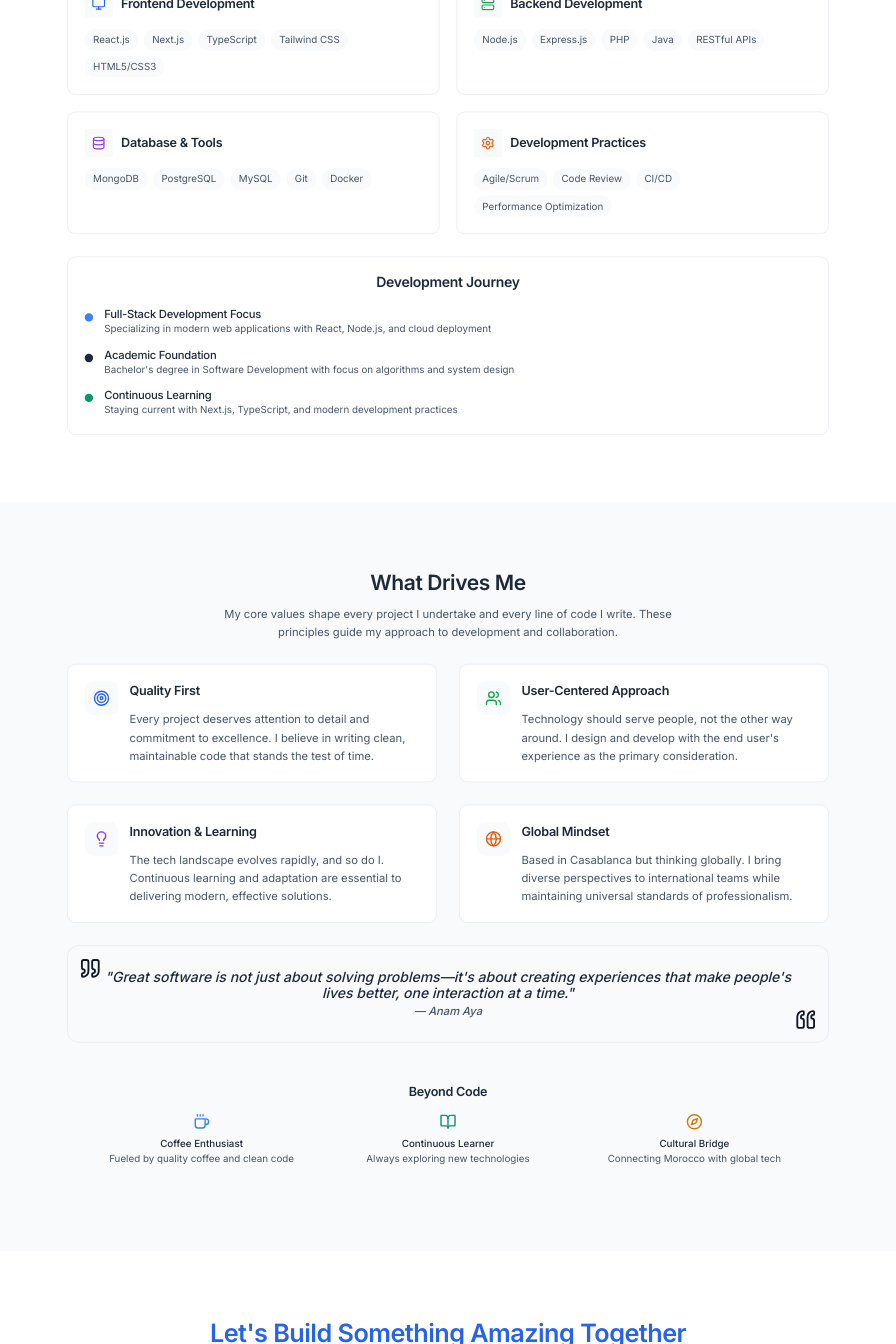
Repository: ayaaas/portflio_aya
Page: /about-me-personal-narrative
An editor plug-in stored every save of this project. The page is shown before and after the next save, followed by the edit.
The browser window is 1280 px wide. The pictures show the part of the page from y = 1898 to 3818 px (the page is 4158 px tall before and 4120 px after), at 70% of full size.
The project was rebuilt for these pictures with package versions that can differ from the ones it lists, and the page was loaded fresh each time. Also part of the build but not shown: vite.config.mjs, src/components/ErrorBoundary.jsx, src/pages/hero-section-developer-portfolio/components/ProfileImage.jsx, src/pages/hero-section-developer-portfolio/components/AnimatedText.jsx, src/pages/hero-section-developer-portfolio/components/HeroContent.jsx, src/pages/hero-section-developer-portfolio/components/BackgroundPattern.jsx, src/pages/hero-section-developer-portfolio/components/ScrollIndicator.jsx, src/pages/hero-section-developer-portfolio/index.jsx and 23 more.

Above is the page before, as saved 2025-07-18 23:34:59.

After the next save:
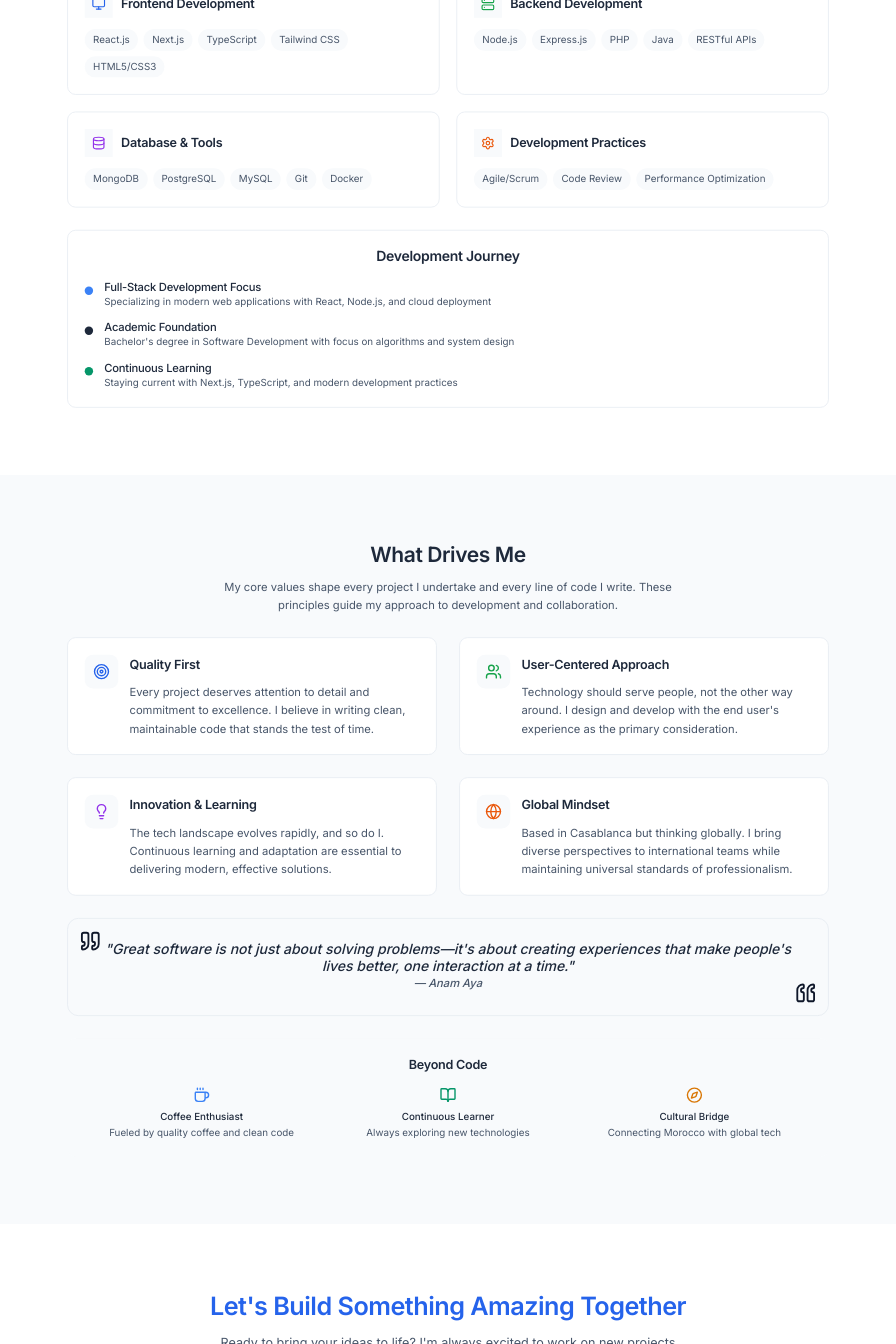
Saved 15 s later.
--- a/src/pages/about-me-personal-narrative/components/SkillsOverview.jsx
+++ b/src/pages/about-me-personal-narrative/components/SkillsOverview.jsx
@@ -24,7 +24,7 @@ const SkillsOverview = () => {
     {
       category: 'Development Practices',
       icon: 'Settings',
-      skills: ['Agile/Scrum', 'Code Review', 'CI/CD', 'Performance Optimization'],
+      skills: ['Agile/Scrum', 'Code Review',  'Performance Optimization'],
       color: 'text-orange-600'
     }
   ];
